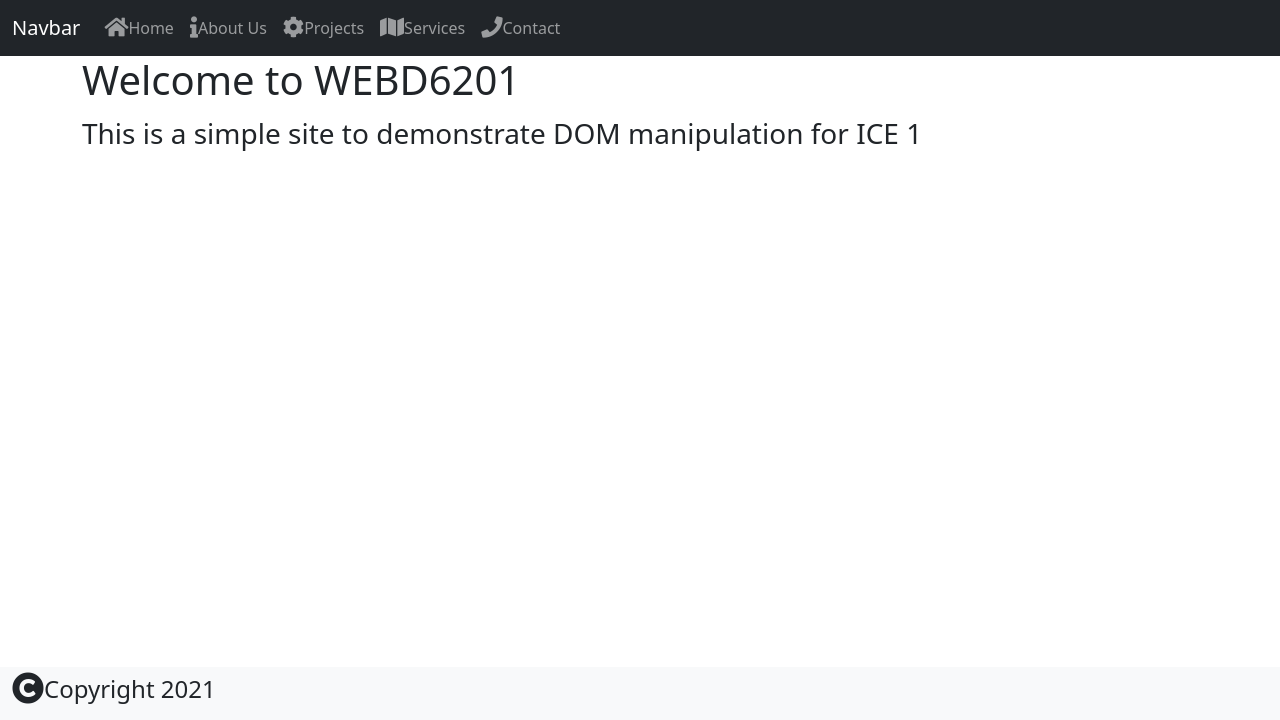
Repository: deividwsantoss/webd6201-W2021-ICE1
Page: Index.html
The author's editor kept a copy of each file at every save. The page is drawn from the files as they stood at one save, then again after the next save.
The browser window is 1280 px wide. The pictures show the whole page.

Above is the page before, as saved 2021-02-02 10:48:55.

### Index.html
<!DOCTYPE html>
<html lang="en">
<head>
    <meta charset="UTF-8">
    <meta name="viewport" content="width=device-width, initial-scale=1.0">
    <title>WEBD6201 - W2021 - ICE 1</title>
</head>
<!-- CSS SECTION -->
<link rel="stylesheet" href="./node_modules/bootstrap/dist/css/bootstrap.min.css">
<link rel="stylesheet" href="./node_modules/@fortawesome/fontawesome-free/css/all.min.css">
<link rel="stylesheet" href="./Content/app.css">

<body>
    <header>
        <nav class="navbar navbar-expand-lg navbar-dark bg-dark">
            <div class="container-fluid">
              <a class="navbar-brand" href="#">Navbar</a>
              <button class="navbar-toggler" type="button" data-bs-toggle="collapse" data-bs-target="#navbarSupportedContent" aria-controls="navbarSupportedContent" aria-expanded="false" aria-label="Toggle navigation">
                <span class="navbar-toggler-icon"></span>
              </button>
              <div class="collapse navbar-collapse" id="navbarSupportedContent">
                <ul class="navbar-nav me-auto mb-2 mb-lg-0">
                  <li class="nav-item">
                    <a class="nav-link" aria-current="page" href="#"><i class="fas fa-home fa-lg"></i>Home</a>
                  </li>
                  <li class="nav-item">
                    <a class="nav-link" aria-current="page" href="#"><i class="fas fa-info fa-lg"></i>About Us</a>
                  </li>
                  <li class="nav-item">
                    <a class="nav-link" aria-current="page" href="#"><i class="fas fa-cog fa-lg"></i>Projects</a>
                  </li>
                  <li class="nav-item">
                    <a class="nav-link" aria-current="page" href="#"><i class="fas fa-map fa-lg"></i>Services</a>
                  </li>
                  <li class="nav-item">
                    <a class="nav-link" aria-current="page" href="#"><i class="fas fa-phone fa-lg"></i>Contact</a>
                  </li>

                </ul>

              </div>
            </div>
          </nav>
    </header>
    <main class="container">

        <h1>Welcome to WEBD6201 </h1>
        <p id="paragraphOne"> </p>
    </main>

    <footer>
        <nav class="navbar fixed-bottom navbar-light bg-light">
            <div class="container-fluid">
                <h4><i class="fas fa-copyright fa-lg"></i>Copyright 2021 </h4>
            </div>
          </nav>

    </footer>
    <!-- Script Section-->
    <script src="./node_modules/jquery/dist/jquery.min.js"></script>
    <script src="./node_modules/bootstrap/dist/js/bootstrap.bundle.min.js"></script>
    <script src="./Scripts/app.js"></script>
</body>
</html>

### Scripts/app.js
/* Custom JavaScript goes here */


// IIFE -
//AKA - Anonymous self-excuting function

"use strict";

(function()
{


    function Start()
    {
        console.log("App Started...")

        let paragraphOneText = "This is a simple site to demonstrate DOM manipulation for ICE 1";
        let paragraphOneElement = document.getElementById("paragraphOne");

        //let paragraphOneParagraph = document.getElementsByTagName("p")[0];
        //let paragraphOneQuery = document.querySelector("p");
        //let paragraphOneQuerys = document.querySelectorAll("p")[0];

        paragraphOneElement.textContent = paragraphOneText;
        paragraphOneElement.className = "fs-3";


    }
    window.addEventListener("load", Start);


})();

Loaded but not shown: node_modules/bootstrap/dist/css/bootstrap.min.css (library); node_modules/@fortawesome/fontawesome-free/css/all.min.css (library); node_modules/jquery/dist/jquery.min.js (library); node_modules/bootstrap/dist/js/bootstrap.bundle.min.js (library); Content/app.css (no stored copy; drawn as an empty file)

After the next save:
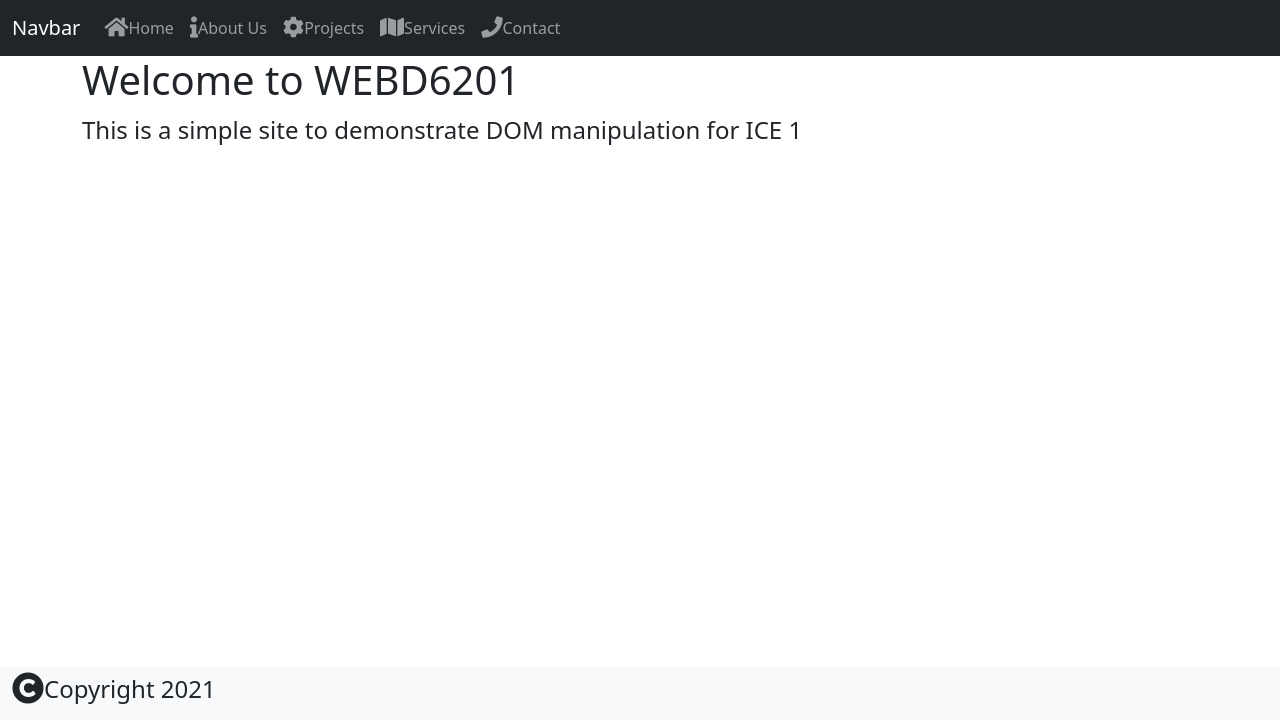
Saved 20 s later.
--- a/Scripts/app.js
+++ b/Scripts/app.js
@@ -22,7 +22,7 @@
         //let paragraphOneQuerys = document.querySelectorAll("p")[0];
 
         paragraphOneElement.textContent = paragraphOneText;
-        paragraphOneElement.className = "fs-3";
+        paragraphOneElement.className = "fs-4";
 
 
     }
